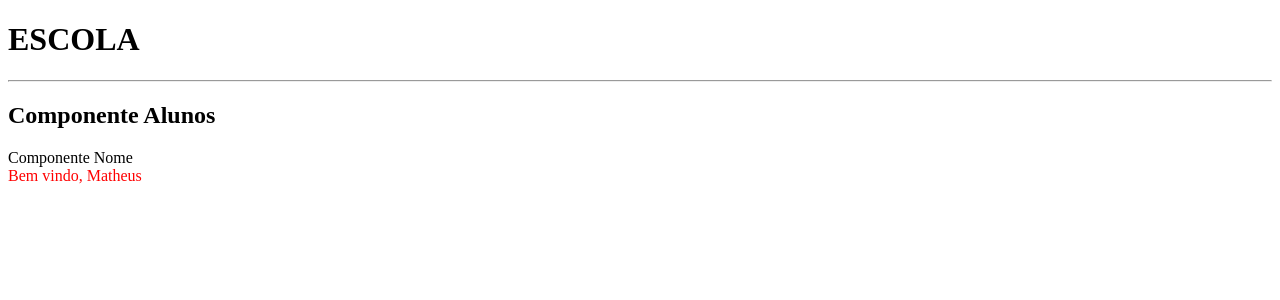
Repository: joaoaspimienta/estudos-de-context-api
Page: /
An editor plug-in stored every save of this project. The page is shown before and after the next save, followed by the edit.
The browser window is 1280 px wide. The pictures show the whole page.
The project was rebuilt for these pictures with package versions that can differ from the ones it lists, and the page was loaded fresh each time.

Above is the page before, as saved 2022-06-16 20:38:00.

### src/App.js
import Alunos from "./components/Alunos";
import Nome from "./components/Nome";

function App() {
  return (
    <div>
      <h1>ESCOLA</h1>
      <hr />
      <Alunos />
    </div>
  );
}

export default App;

### src/components/Alunos/index.js
import { useState } from "react";
import Nome from "../Nome";

function Alunos() {
  const [aluno, setAluno] = useState("Justin");
  return (
    <div>
      <h2>Componente Alunos</h2>
      <Nome />
    </div>
  );
}

export default Alunos;

### src/components/Nome/index.js
function Nome() {
  return (
    <div>
      <span>Componente Nome</span> <br />
      <span style={{ color: "#FF0000" }}>Bem vindo, Matheus</span>
    </div>
  );
}

export default Nome;

Loaded but not shown: public/index.html (common file); src/index.js (common file)

After the next save:
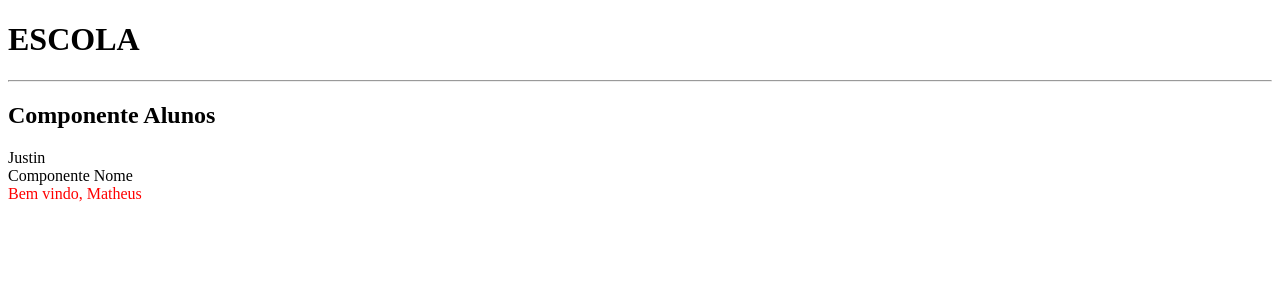
Saved 21 s later.
--- a/src/components/Alunos/index.js
+++ b/src/components/Alunos/index.js
@@ -6,6 +6,7 @@ function Alunos() {
   return (
     <div>
       <h2>Componente Alunos</h2>
+      <span>{aluno}</span>
       <Nome />
     </div>
   );
